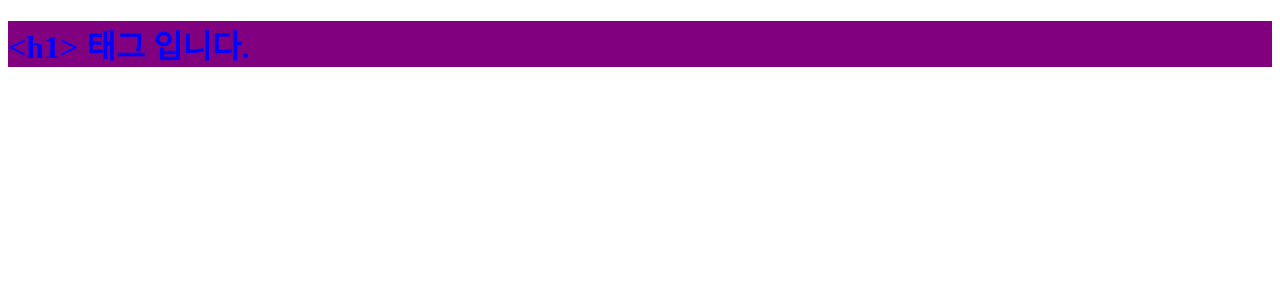
Repository: Dalso13/workspace
Page: workspace_exam/Test_1/WebContent/02_css/01_internal_css.html
The author's editor kept a copy of each file at every save. The page is drawn from the files as they stood at one save, then again after the next save.
The browser window is 1280 px wide. The pictures show the whole page.

Above is the page before, as saved 2023-03-15 01:35:52.

### workspace_exam/Test_1/WebContent/02_css/01_internal_css.html
<!DOCTYPE html>
<html>
<head>
<meta charset="UTF-8">
<title>Insert title here</title>
<style type="text/css">
		h1{
		color:blue;
		background-color: purple;
		}
</style>
</head>
<body>
	<h1>&lt;h1&gt; 태그 입니다.</h1>
</body>
</html>

After the next save:
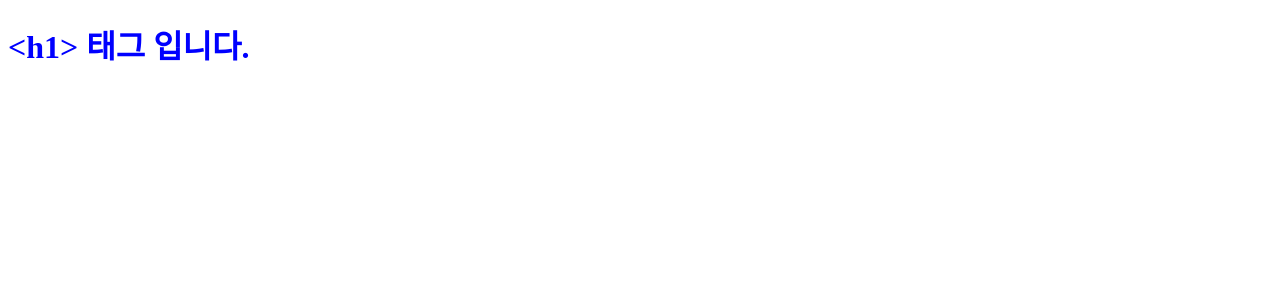
Saved 11 s later.
--- a/workspace_exam/Test_1/WebContent/02_css/01_internal_css.html
+++ b/workspace_exam/Test_1/WebContent/02_css/01_internal_css.html
@@ -6,7 +6,6 @@
 <style type="text/css">
 		h1{
 		color:blue;
-		background-color: purple;
 		}
 </style>
 </head>

After the save that followed:
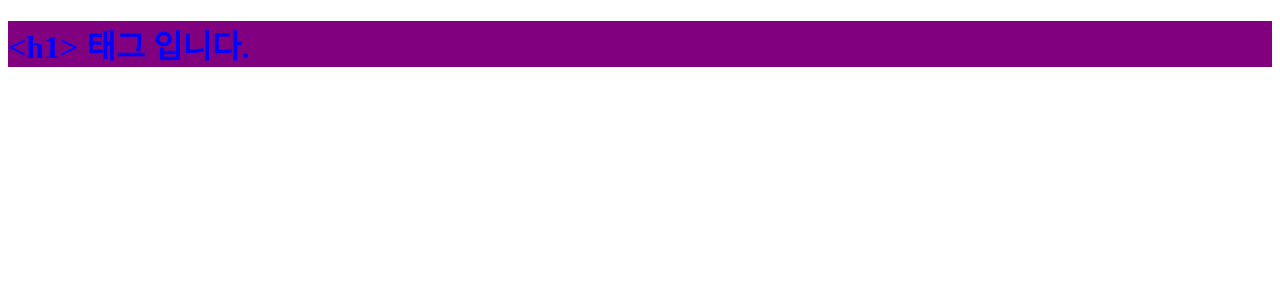
Saved 16 s later.
--- a/workspace_exam/Test_1/WebContent/02_css/01_internal_css.html
+++ b/workspace_exam/Test_1/WebContent/02_css/01_internal_css.html
@@ -6,6 +6,7 @@
 <style type="text/css">
 		h1{
 		color:blue;
+		background-color: purple;
 		}
 </style>
 </head>
